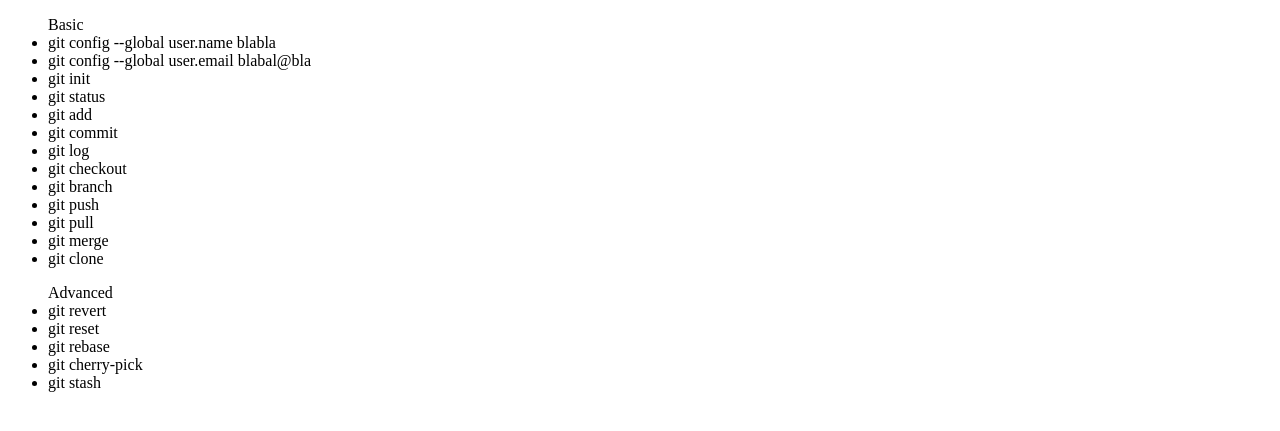
Repository: batonAnton/cursor_homework_anton_batton
Page: index.html
These files come from the project's save history. The page is drawn as it stood at one moment and after the next save; the edit follows.
The browser window is 1280 px wide. The pictures show the whole page.

Above is the page before, as saved 2022-05-25 17:01:55.

### index.html
<!DOCTYPE html>
<html lang="en">
<head>
    <meta charset="UTF-8">
    <meta http-equiv="X-UA-Compatible" content="IE=edge">
    <meta name="viewport" content="width=device-width, initial-scale=1.0">
    <link rel="stylesheet" href="style.css">
    <title>Document</title>
</head>
<body>
    <ul>
        Basic
        <li>git config --global user.name blabla</li>
        <li> git config --global user.email blabal@bla</li>
        <li>git init</li>
        <li> git status</li>
        <li>git add</li>
        <li>git commit</li>
        <li>git log</li>
        <li>git checkout</li>
        <li>git branch</li>
        <li>git push</li>
        <li>git pull</li>
        <li> git merge</li>
        <li> git clone</li>
    </ul>

    <ul>
        Advanced
        <li>git revert</li>
        <li>git reset</li>
        <li>git rebase</li>
        <li>git cherry-pick</li>
        <li>git stash</li>
    </ul>

</body>
</html>

Loaded but not shown: style.css (no stored copy; drawn as an empty file)

After the next save:
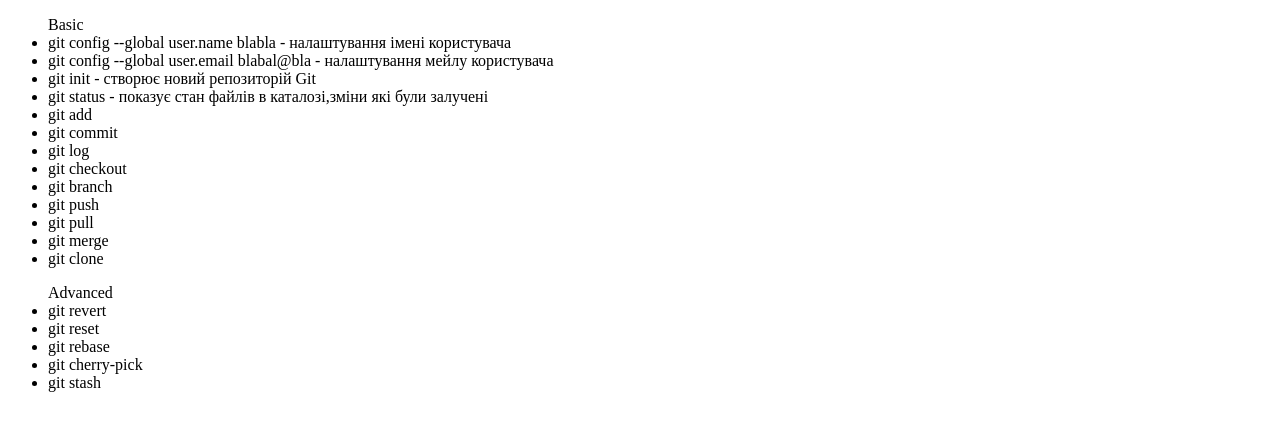
Saved 20 h 45 min later.
--- a/index.html
+++ b/index.html
@@ -10,10 +10,10 @@
 <body>
     <ul>
         Basic
-        <li>git config --global user.name blabla</li>
-        <li> git config --global user.email blabal@bla</li>
-        <li>git init</li>
-        <li> git status</li>
+        <li>git config --global user.name blabla - налаштування імені користувача</li>
+        <li> git config --global user.email blabal@bla - налаштування мейлу користувача</li>
+        <li>git init - створює новий репозиторій Git</li>
+        <li> git status - показує стан файлів в каталозі,зміни які були залучені</li>
         <li>git add</li>
         <li>git commit</li>
         <li>git log</li>
